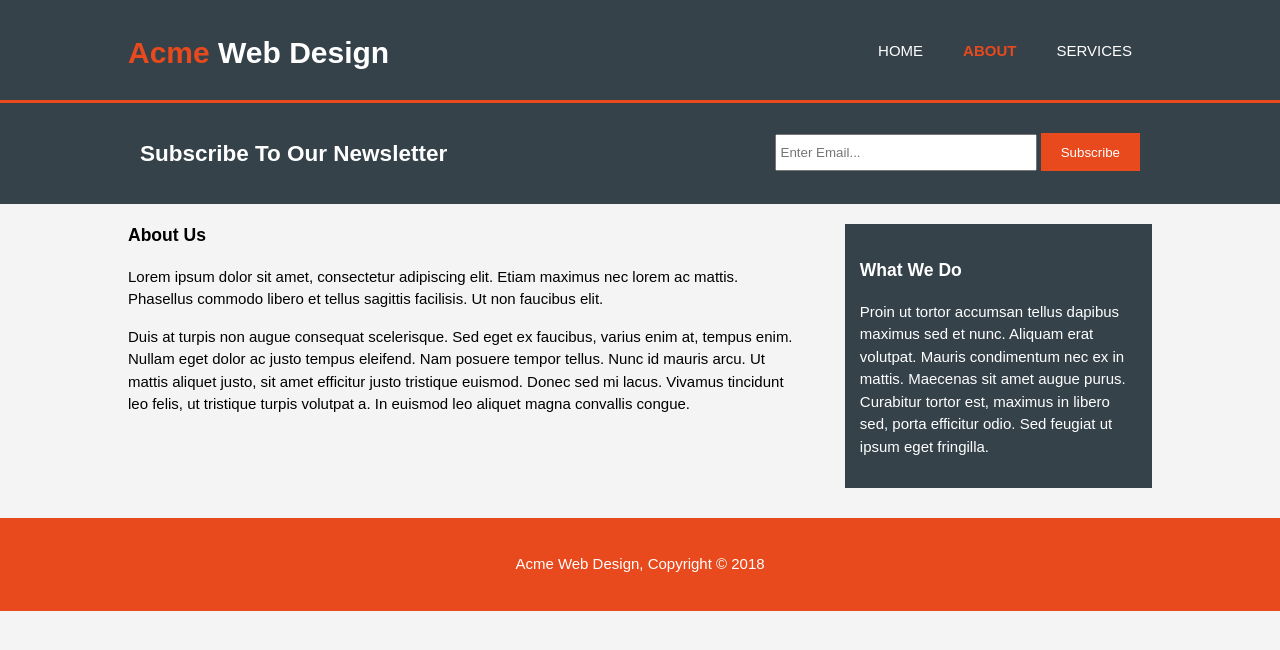
Repository: pablitoe61/exercices-html
Page: responsive/about.html
The author's editor kept a record of every edit. The page is drawn from the files as they stood at one moment, then again after the next edit.
The browser window is 1280 px wide. The pictures show the whole page.
Some web libraries are served in a nearby version.

Above is the page before.

### responsive/about.html
<!DOCTYPE html>
    <html lang="en">
        <head>
            <title>Acme Web Design | About</title>
            <meta charset="UTF-8">
            <meta name="viewport" content="width=device-width, initial-scale=1.0">
            <meta http-equiv="X-UA-Compatible" content="ie=edge">
            <meta name="description" content="Affordable and professional web design">
            <meta name="keywords" content="web design, affordable web design, professional web design">
            <meta name="author" content="Pablo Espinoza">
            <link rel="stylesheet" href="https://use.fontawesome.com/releases/v5.5.0/css/all.css" integrity="sha384-B4dIYHKNBt8Bc12p+WXckhzcICo0wtJAoU8YZTY5qE0Id1GSseTk6S+L3BlXeVIU" crossorigin="anonymous">
            <link rel="stylesheet" href="css/styles.css">
        </head>
        <body>

            <header>
                <div class="container">
                    <div id="branding">
                        <h1><span class="highlight">Acme</span> Web Design</h1>
                    </div>
                    <nav>
                        <ul>
                            <li><a href="index.html">Home</a></li>
                            <li class="current"><a href="about.html">About</a></li>
                            <li><a href="services.html">Services</a></li>
                        </ul>
                    </nav>
                </div>
            </header>


            <section id="newsletter">
                <div class="container">
                    <h1>Subscribe To Our Newsletter</h1>
                    <form>
                        <input type="email" placeholder="Enter Email...">
                        <button type="submit" class="button_1">Subscribe</button>
                    </form>
                </div>
            </section>

            <section id="main">
                <div class="container">
                    <article id="main-col">
                        <h1 class="page-title">About Us</h1>
                        <p>
                            Lorem ipsum dolor sit amet, consectetur adipiscing elit. Etiam maximus nec lorem ac mattis. Phasellus commodo libero et tellus sagittis facilisis. Ut non faucibus elit.
                        </p>
                        <p>
                            Duis at turpis non augue consequat scelerisque. Sed eget ex faucibus, varius enim at, tempus enim. Nullam eget dolor ac justo tempus eleifend. Nam posuere tempor tellus. Nunc id mauris arcu. Ut mattis aliquet justo, sit amet efficitur justo tristique euismod. Donec sed mi lacus. Vivamus tincidunt leo felis, ut tristique turpis volutpat a. In euismod leo aliquet magna convallis congue.
                        </p>
                    </article>

                    <aside id="sidebar">
                        <div class="dark">
                            <h3>What We Do</h3>
                            <p>Proin ut tortor accumsan tellus dapibus maximus sed et nunc. Aliquam erat volutpat. Mauris condimentum nec ex in mattis. Maecenas sit amet augue purus. Curabitur tortor est, maximus in libero sed, porta efficitur odio. Sed feugiat ut ipsum eget fringilla.</p>
                        </div>
                    </aside>
                </div>
            </section>

            <footer>
                <p>Acme Web Design, Copyright &copy; 2018</p>
            </footer>

        </body>
    </html>

### responsive/css/styles.css
body{
    font: 15px/1.5 Arial, Helvetica, sans-serif;
    padding:0;
    margin:0;
    background-color:#f4f4f4;
}

/* Global */

.container{
    width:80%;
    margin:auto;
    overflow:hidden;
}

ul{
    margin:0;
    padding:0;
}

.button_1{
    height:38px;
    background:#e8491d;
    border:0;
    padding: 0 20px;
    color:#fff;
}

.dark{
    padding:15px;
    background:#35424a;
    color:#fff;
    margin-top:10px;
    margin-bottom:10px;
}

/* Header */

header{
    background:#35424a;
    color:#ffffff;
    padding-top:30px;
    min-height:70px;
    border-bottom:#e8491d 3px solid;
}

header a{
    color:#fff;
    text-decoration:none;
    text-transform:uppercase;
}

header ul{
    margin:0;
    padding:0;
}

header li{
    float:left;
    display: inline;
    padding: 0 20px;
}

header #branding{
    float:left;
}

header #branding h1{
    margin:0;
}

header nav{
    float:right;
    margin-top:10px;
}

header .highlight, header .current a{
    color:#e8491d;
    font-weight:bold;
}

header a:hover{
    color:#ccc;
    font-weight:bold;
}

/* Showcase */

#showcase{
    min-height:400px;
    background:url(../img/showcase.jpg) no-repeat -600px -700px;
    filter:grayscale(20%);
    text-align:center;
    color:#fff;
}

#showcase h1{
    margin-top:100px;
    font-size:55px;
    margin-bottom:10px;
}

#showcase p{
    font-size:20px;
}

/* Newsletter */

#newsletter{
    padding:15px;
    color:#fff;
    background:#35424a;
}

#newsletter h1{
    float:left;
}

#newsletter form{
    float:right;
    margin-top:15px;
}

#newsletter input[type="email"]{
    padding:4px;
    height:25px;
    width:250px;
}

/* Boxes */

#boxes{
    margin-top:20px;
}

#boxes .box{
    float:left;
    text-align:center;
    width:30%;
    padding:10px;
}

#boxes .box .logu{
    font-size: 150px;
}

.fa-html5{
    color:#F16529;
}

.fa-css3-alt{
    color:#2A65F1;
}


/* Sidebar */

aside#sidebar{
    float:right;
    width:30%;
    margin-top:10px;
}

aside#sidebar .quote input, aside#sidebar .quote input {
    width:90%;
    padding:5px;
}

/* Main-col */

article#main-col{
    float:left;
    width:65%;
}

/* Services */

ul#services li{
    list-style:none;
    padding:20px;
    border: #ccc solid 1px;
    margin-bottom:5px;
    background:#e6e6e6;
}

footer{
    padding:20px;
    margin-top:20px;
    color:#fff;
    background-color:#e8491d;
    text-align:center;
}

/* Media Queries */

@media(max-width: 768px){
    header #branding,
    header nav,
    header nav li,
    #newsletter h1,
    #newsletter form{
        float:none;
        text-align:center;
        width:100%;
    }

    header{
        padding-bottom:20px;
    }

    #showcase h1{
        margin-top:40px;
    }

    #newsletter button{
        display:block;
        width:100%;
    }

    #newsletter form input[type="email"]{
        width:100%;
        margin-bottom:5px;
    }
}

After the next edit:
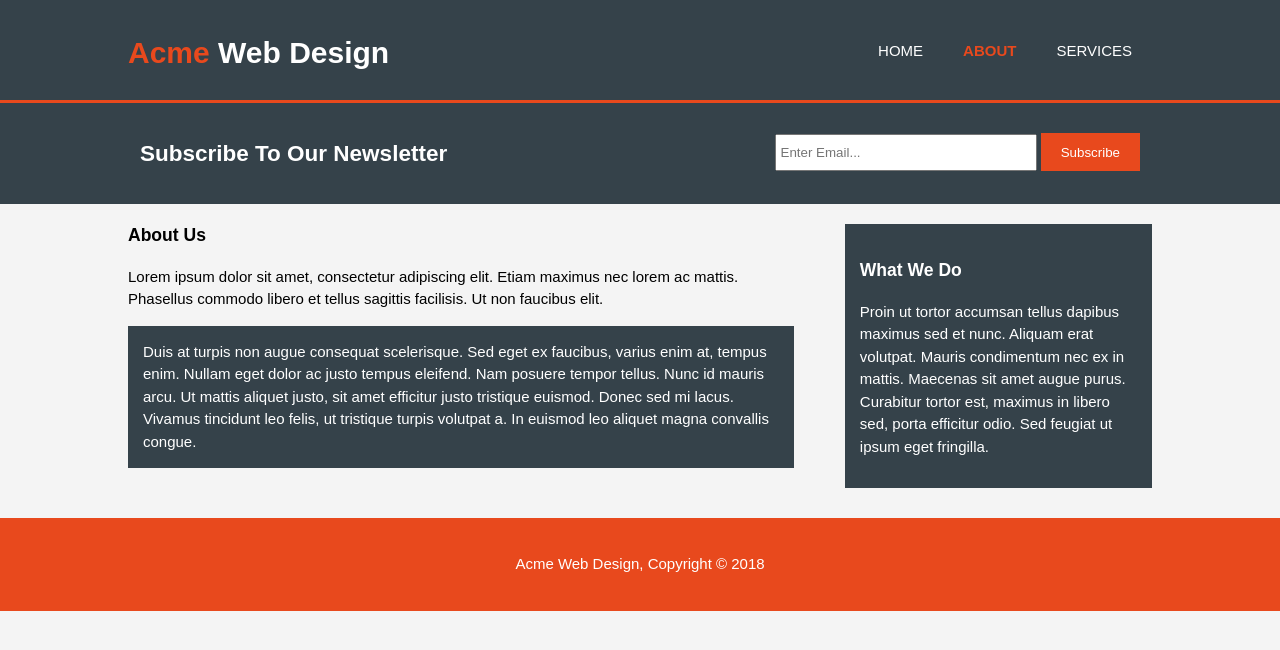
The edit:
--- a/responsive/about.html
+++ b/responsive/about.html
@@ -46,7 +46,7 @@
                         <p>
                             Lorem ipsum dolor sit amet, consectetur adipiscing elit. Etiam maximus nec lorem ac mattis. Phasellus commodo libero et tellus sagittis facilisis. Ut non faucibus elit.
                         </p>
-                        <p>
+                        <p class="dark">
                             Duis at turpis non augue consequat scelerisque. Sed eget ex faucibus, varius enim at, tempus enim. Nullam eget dolor ac justo tempus eleifend. Nam posuere tempor tellus. Nunc id mauris arcu. Ut mattis aliquet justo, sit amet efficitur justo tristique euismod. Donec sed mi lacus. Vivamus tincidunt leo felis, ut tristique turpis volutpat a. In euismod leo aliquet magna convallis congue.
                         </p>
                     </article>
